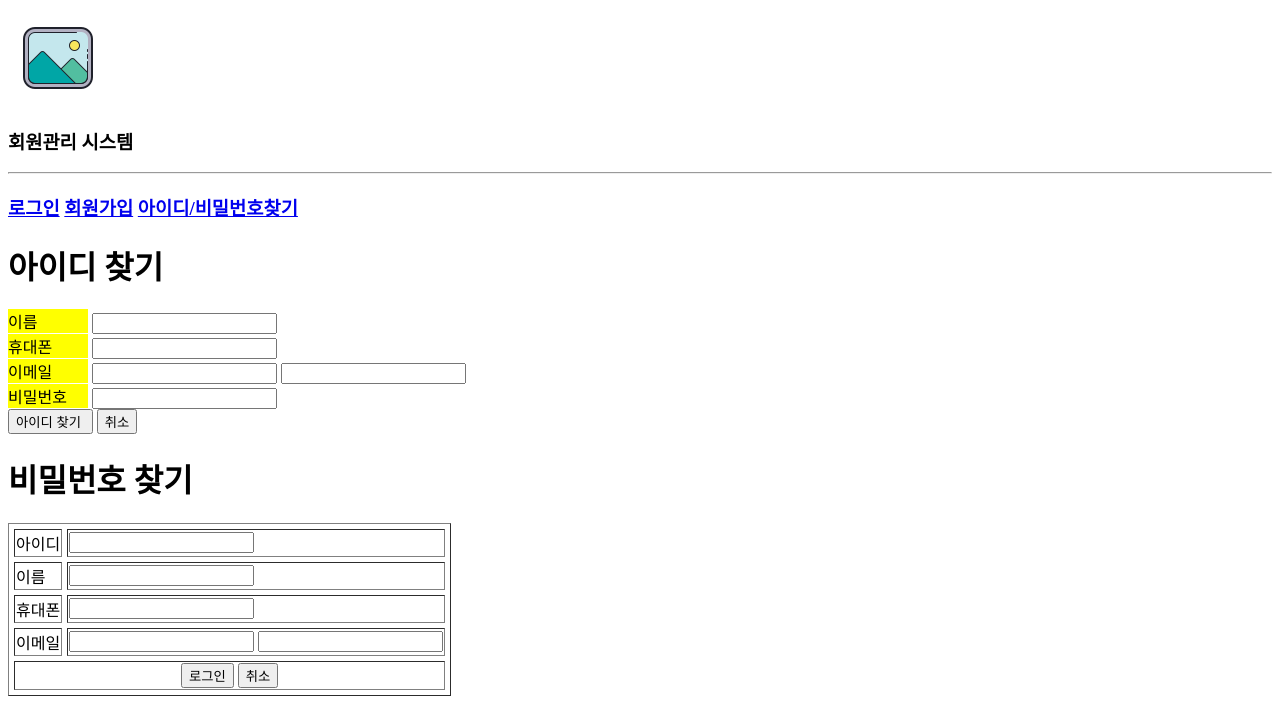
Repository: jelly02/workspace_web
Page: 04.css_basic/src/main/webapp/findMember.html
The author's editor kept a copy of each file at every save. The page is drawn from the files as they stood at one save, then again after the next save.
The browser window is 1280 px wide. The pictures show the whole page.

Above is the page before, as saved 2021-06-28 08:10:06.

### 04.css_basic/src/main/webapp/findMember.html
<!DOCTYPE >
<html>
<head>
<meta http-equiv="Content-Type" content="text/html; charset=UTF-8">
<title>Insert title here</title>

		<!-- CSS external											이 파일을 기준으로 하나 올라감 -->
		<link type="text/css" rel="stylesheet" href="css/common.css">
</head>
<body>

<a href="index.html"><img src = "img/icon.png"></a>

	<h3>회원관리 시스템</h3>
		<hr>

		<h3>
			<a href="login.html">로그인</a>
			<a href="joinMember.html">회원가입</a>
			<a href="findMember.html">아이디/비밀번호찾기</a>
		</h3>

		<h1>아이디 찾기</h1>

				<form action = "result.html" method = "post">
					<div>
						<span class="input_label">이름</span>
						<input type = "text" name="name">
					</div>

					<div>
						<span class="input_label">휴대폰</span>
						<input type = "text" name="phone">
					</div>

					<div>
						<span class="input_label">이메일</span>
						<input type = "text" name="email1">
						<input type = "text" name="email2">
					</div>

					<div>
						<span class="input_label">비밀번호</span>
						<input type = "password" name="memberPw">
					</div>

					<div>
						<input type = "submit" value = "아이디 찾기 " >
						<input type = "reset" value = "취소">
					</div>

				 </form>


		<h1>비밀번호 찾기</h1>

			<table border="1" cellspacing="5px" cellpading="5px">
					<form action = "result.html" method = "post">

					<!-- 아이디 -->

					<tr>
						<td>아이디</td>
						<td><input type = "text" name="memberId"></td>
					</tr>

					<tr>
						<td>이름</td>
						<td><input type = "text" name="name"></td>
					</tr>

					<tr>
						<td>휴대폰</td>
						<td><input type = "text" name="phone"></td>
					</tr>

					<tr>
						<td>이메일 </td>
							<td>
								<input type = "text" name="email1">
								<input type = "text" name="email2">
							</td>
					</tr>


					<tr>
						<td colspan="2" align="center">
							<input type = "submit" value = "로그인" >
							<input type = "reset" value = "취소">
						</td>
					</tr>


					</form>
			</table>

</body>
</html>

### 04.css_basic/src/main/webapp/css/common.css
@charset "UTF-8";

/* ul, ol 설정 */
ul.menu_item1, ol.menu_item1 {
	list-style: none;
	margin:0;
	padding : 0;

}
/* ul, ol의 li 설정 */
ul.menu_item1 li, ol.menu_item1 li {
	padding: 10px 0 10px 10px;
	margin-bottom: 10px;
	border-bottom: dotted 1px gray;
	font-size: 15px;
}

/* ul, ol의 li의 맨 마지막 li항목은 밑줄 제거하기 */
ul.menu_item1 li:last-child, ol.menu_item1 li:last-child{

	border-bottom: 0px;

}
/* ul, ol의 li의 앞에 '>' 를 아이콘으로 사용  */
ul.menu_item1 li:before, ol.menu_item1 li:before{
	content : ">";
	display : inline-block;
	vertical-align: middle;
	padding: 0 5px 6px 0;

}

/*실습*/
ul.menu_item2, ol.menu_item2 {
	list-style: none;
	margin:0;
	padding : 0;
}

/* ul, ol의 li 설정 */
ul.menu_item2 li, ol.menu_item2 li {
		display : inline;
		font-size : 15px;
		margin-right: 10px;
		border : solid 1px blue;
		padding : 5px;

/*		float : left;*/
}

.input_label{background:pink;}

/* 테이블 없이 form 사용하기 */
span.input_label {
	display : inline-block;
	width : 80px;
	background-color: yellow;
}
input.btn_submit{

	background-color: steelblue;
	color : white;
	border-radius: 20px;
}

input.normal {
	width : 80px;
	height: 25px;
}

/* 입력 항목에 포커스가 올 때 배경 색 변경*/
input[type="text"]:focus, input[type="password"]:focus, textarea:focus{
	background: "azure";
}

After the next save:
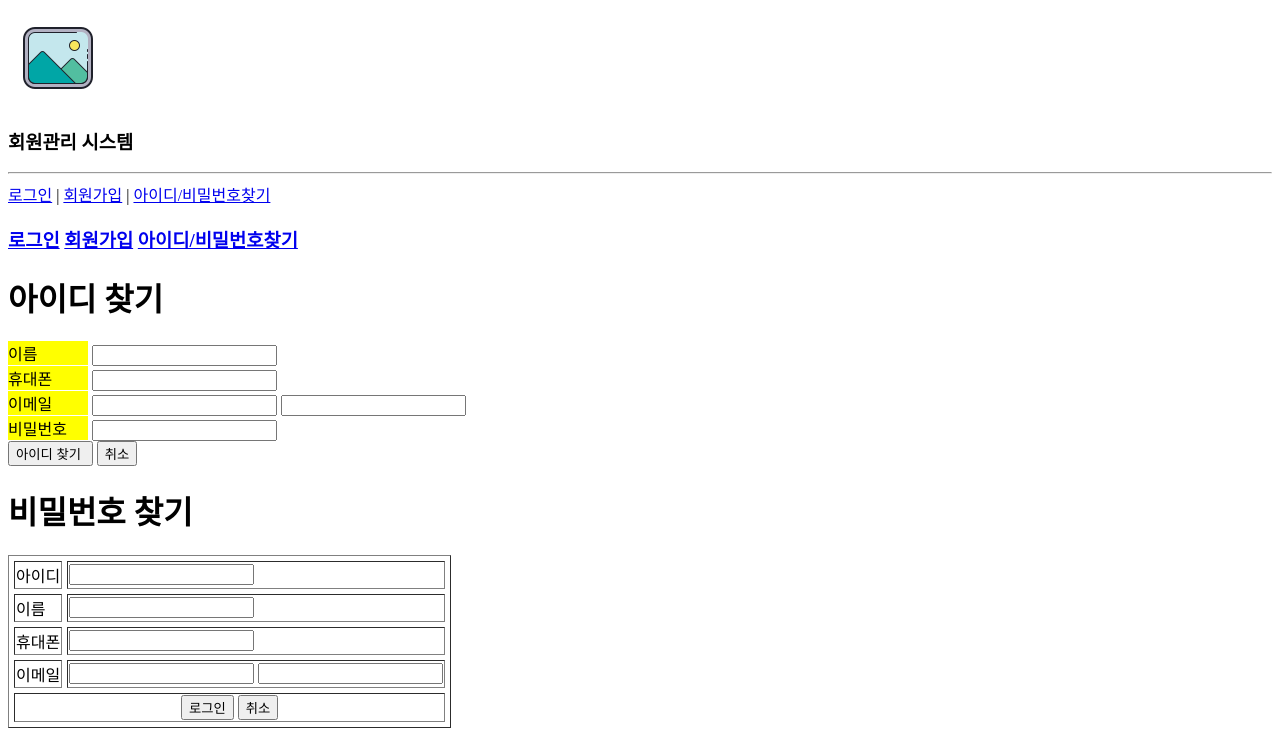
Saved 42 s later.
--- a/04.css_basic/src/main/webapp/findMember.html
+++ b/04.css_basic/src/main/webapp/findMember.html
@@ -13,6 +13,12 @@
 
 	<h3>회원관리 시스템</h3>
 		<hr>
+
+			<div class="top_menu">
+			<a href="login.html">로그인</a> <span class="seperator"> | </span>
+			<a class="color bold" href="joinMember.html">회원가입</a> <span class="seperator"> | </span>
+			<a  class="bold" href="findMember.html">아이디/비밀번호찾기</a>
+		</div>
 
 		<h3>
 			<a href="login.html">로그인</a>
